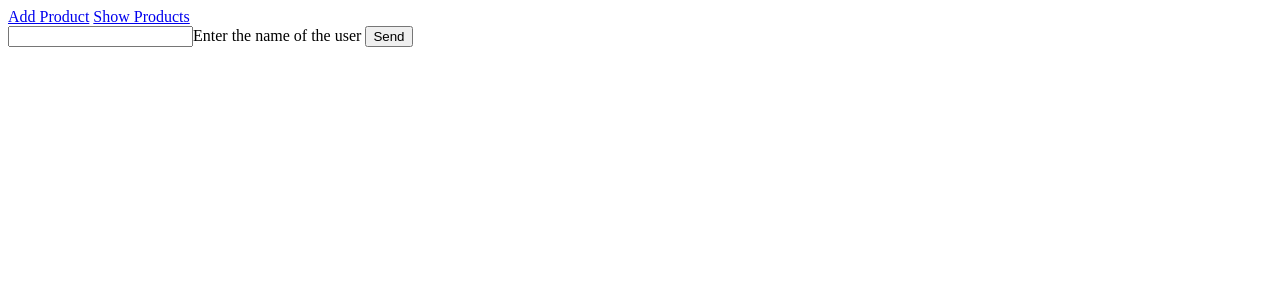
Repository: ibrar-uzair/Node-Course
Page: http://localhost/
These files come from the project's save history. The page is drawn as it stood at one moment and after the next save; the edit follows.
The browser window is 1280 px wide. The pictures show the whole page.
The page is served by the project's Node server (play.js).

Above is the page before, as saved 2021-11-16 14:22:27.

After the next save:
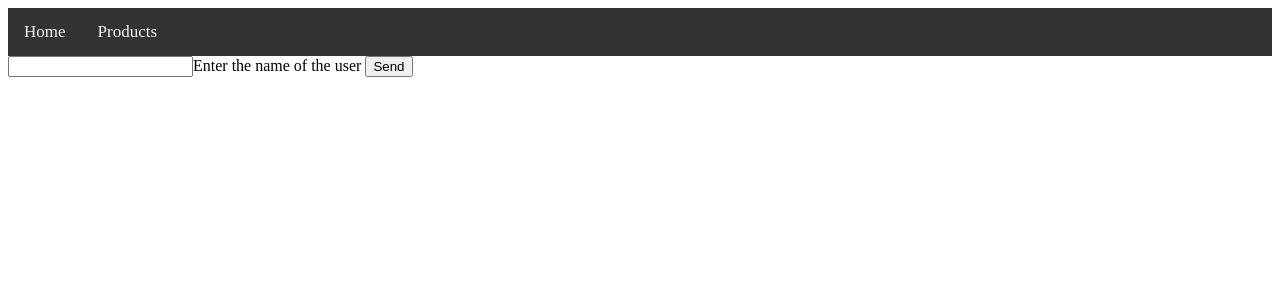
Saved 2 min 24 s later.
--- a/views/add-product.html
+++ b/views/add-product.html
@@ -7,16 +7,43 @@
     <title>Document</title>
 
     <style>
+        /* Add a black background color to the top navigation */
+        .topnav {
+        background-color: #333;
+        overflow: hidden;
+        }
 
+        /* Style the links inside the navigation bar */
+        .topnav a {
+        float: left;
+        color: #f2f2f2;
+        text-align: center;
+        padding: 14px 16px;
+        text-decoration: none;
+        font-size: 17px;
+        }
+
+        /* Change the color of links on hover */
+        .topnav a:hover {
+        background-color: #ddd;
+        color: black;
+        }
+
+        /* Add a color to the active/current link */
+        .topnav a.active {
+        background-color: #04AA6D;
+        color: white;
+        }
     </style>
 
 </head>
 <body>
     <header>
-        <nav>
-            <a href="/">Add Product</a>
-            <a href="/show-all/">Show Products</a>
-        </nav>
+            <div class="topnav">
+                <a class="/" href="#home">Home</a>
+                <a href="/show-all/">Products</a>
+            </div>
+
         <form action="/add-user" method="POST">
             <input type="text" name="name">Enter the name of the user</input>
             <button>Send</button>
